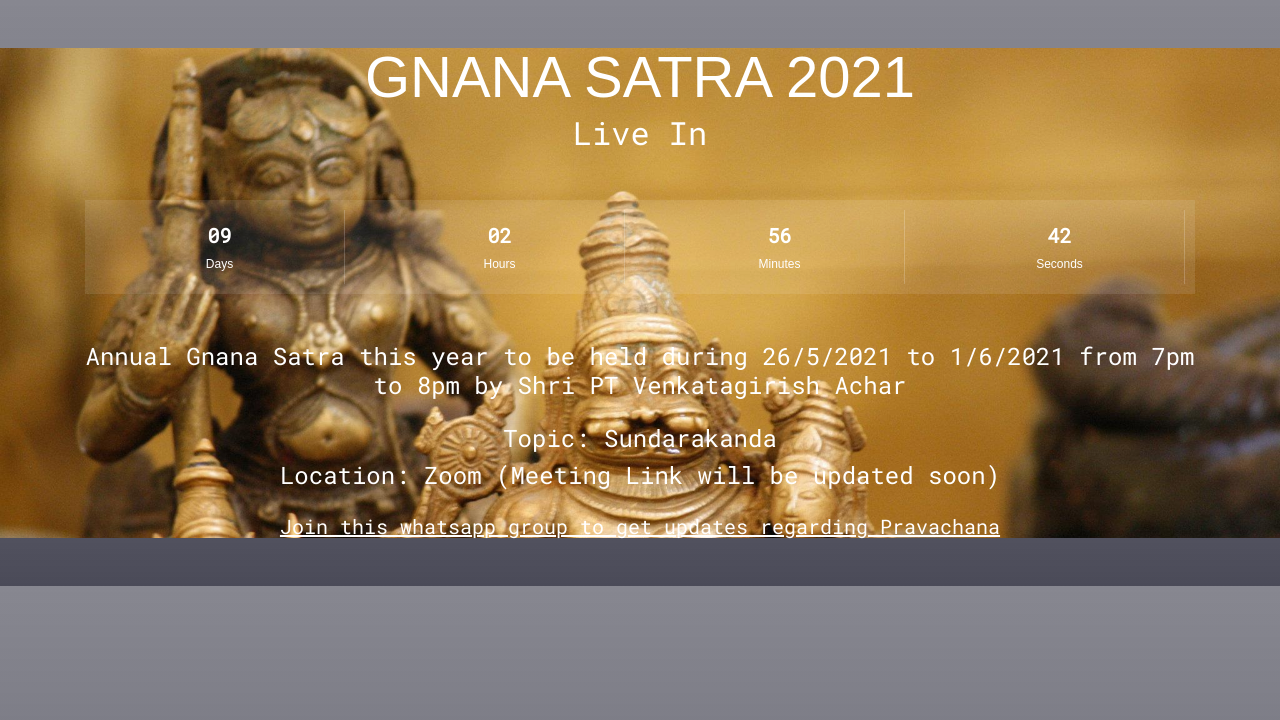
Repository: anirudhbichal/gs
Page: /
These files come from the project's save history. The page is drawn as it stood at one moment and after the next save; the edit follows.
The browser window is 1280 px wide. The pictures show the whole page.
Some web fonts or font styles are not loaded; a fallback is used. The project was rebuilt for these pictures with package versions that can differ from the ones it lists, and the page was loaded fresh each time.

Above is the page before, as saved 2021-05-18 22:32:08.

### public/index.html
<!DOCTYPE html>
<html lang="en">
  <head>
    <meta charset="utf-8" />
    <link rel="icon" href="%PUBLIC_URL%/om_col.svg" />
    <meta name="viewport" content="width=device-width, initial-scale=1" />
    <meta name="theme-color" content="#000000" />
    <meta
      name="description"
      content="Gnana Satra Website Develop"
    />
    <link rel="apple-touch-icon" href="%PUBLIC_URL%/om_col.svg" />
    <!--
      manifest.json provides metadata used when your web app is installed on a
      user's mobile device or desktop. See https://developers.google.com/web/fundamentals/web-app-manifest/
    -->
    <link rel="manifest" href="%PUBLIC_URL%/manifest.json" />
    <!--
      Notice the use of %PUBLIC_URL% in the tags above.
      It will be replaced with the URL of the `public` folder during the build.
      Only files inside the `public` folder can be referenced from the HTML.

      Unlike "/favicon.ico" or "favicon.ico", "%PUBLIC_URL%/favicon.ico" will
      work correctly both with client-side routing and a non-root public URL.
      Learn how to configure a non-root public URL by running `npm run build`.
    -->
    <title>Gnana Satra</title>
  </head>
  <body>
    <noscript>You need to enable JavaScript to run this app.</noscript>
    <div id="root"></div>
    <!--
      This HTML file is a template.
      If you open it directly in the browser, you will see an empty page.

      You can add webfonts, meta tags, or analytics to this file.
      The build step will place the bundled scripts into the <body> tag.

      To begin the development, run `npm start` or `yarn start`.
      To create a production bundle, use `npm run build` or `yarn build`.
    -->
  </body>
</html>

### src/App.js
import 'bootstrap/dist/css/bootstrap.min.css';
import './App.css';
import Container from 'react-bootstrap/Container';
import Timer from "./components/countdown/Timer";

function App() {
  return (
    <div className="App">
      <Container className="my-5">
        <h1>
          Gnana Satra 2021
        </h1>
        <h2 className="mb-5">Live In</h2>
        <Timer />
        <h4 className="mt-5">
          Annual Gnana Satra this year to be held during 26/5/2021 to 1/6/2021 from 7pm to 8pm by Shri PT Venkatagirish Achar
        </h4>
        <h4 className="mt-4">
          Topic: Sundarakanda
        </h4>
        <h4>
          Location: Zoom (Meeting Link will be updated soon)
        </h4>

        <h5 className="mt-4 group-link">
          <a href="https://chat.whatsapp.com/Bpkp3Sle3405H2w5DgFScy" target="_blank">Join this whatsapp group to get updates regarding Pravachana </a>
        </h5>
      </Container>
    </div>
  );
}

export default App;

### src/App.css
@import url("https://fonts.googleapis.com/css?family=Roboto+Mono&display=swap");
@import url('https://fonts.cdnfonts.com/css/samarkan');

body {
  color: #fff;
  font-family: "Roboto Mono", sans-serif;
  margin: 0;
  background: rgb(55, 55, 70);
  background: linear-gradient(
    0deg,
    rgba(55, 55, 70, 0.9) 0%,
    rgba(55, 55, 70, 0.7) 50%,
    rgba(55, 55, 70, 0.6) 100%
  );
  height: 100%;
}

.App {
  background-image: url('gs-bg.jpg');
  background-repeat: no-repeat;
  background-size: cover;
  background-position: top top;
  background-attachment: fixed;
  text-align: center;
}

h1 {
  font-family: 'Samarkan', sans-serif;
  font-size: 58px;
  text-transform: uppercase;
  line-height: 1;
}

.group-link a,.group-link a:hover, .group-link a:visited {
  color: #fff;
  text-decoration: underline;
}

### src/components/countdown/Timer.js
import React, { Component } from "react";
// import moment from 'moment';
import Container from 'react-bootstrap/Container';
import Row from 'react-bootstrap/Row';
import Col from 'react-bootstrap/Col';
import "./Timer.css";

class CountDown extends Component {
  constructor(props) {
    super(props);
    this.count = this.count.bind(this);
    this.state = {
      days: 0,
      minutes: 0,
      hours: 0,
      secounds: 0,
      time_up: ""
    };
    this.x = null;
    this.deadline = null;
  }
  count() {
    var now = new Date().getTime();
    var t = this.deadline - now;
    var dd = Math.floor(t / (1000 * 60 * 60 * 24));
    var hh = Math.floor((t % (1000 * 60 * 60 * 24)) / (1000 * 60 * 60));
    var mm = Math.floor((t % (1000 * 60 * 60)) / (1000 * 60));
    var ss = Math.floor((t % (1000 * 60)) / 1000);

    var days = dd < 10 ? "0" + dd : dd;
    var hours = hh < 10 ? "0" + hh : hh;
    var minutes = mm < 10 ? "0" + mm : mm;
    var seconds = ss < 10 ? "0" + ss : ss;

    this.setState({ days, minutes, hours, seconds });

    if (t < 0) {
      clearInterval(this.x);
      this.setState({
        days: 0,
        minutes: 0,
        hours: 0,
        seconds: 0,
        time_up: "TIME IS UP"
      });
    }
  }
  componentDidMount() {
    this.deadline = new Date("May 26, 2021 19:00:00").getTime();

    this.x = setInterval(this.count, 1000);
  }

  render() {
    const { days, seconds, hours, minutes } = this.state;
    return (
      <Container id="countdown">
        <Row>
            <Col>
                <div className="box">
                    <p id="day">{days}</p>
                    <span className="text">Days</span>
                </div>
            </Col>
            <Col>
                <div className="box">
                    <p id="hour">{hours}</p>
                    <span className="text">Hours</span>
                </div>
            </Col>
            <Col>
                <div className="box">
                    <p id="minute">{minutes}</p>
                    <span className="text">Minutes</span>
                </div>
            </Col>
            <Col>
                <div className="box">
                    <p id="second">{seconds}</p>
                    <span className="text">Seconds</span>
                </div>
            </Col>
        </Row>
      </Container>
    );
  }
}

export default CountDown;

### src/components/countdown/Timer.css
#countdown {
    padding: 10px;
    background-color: rgba(255, 255, 255, 0.1);
    display: inline-block;
    text-align: center;
    margin: auto;
  }
  #countdown .box {
    padding: 10px;
    border-right: solid 1px rgba(255, 255, 255, 0.2);
  }
  #countdown .col-4:last-child .box {
    border-right-color: transparent;
  }
  #countdown .box p {
    font-size: 20px;
    font-weight: bold;
    margin: 0;
  }
  #countdown .box .text {
    font-size: 12px;
    font-family: sans-serif;
  }

Loaded but not shown: src/index.js (common file); src/index.css (common file); src/reportWebVitals.js (common file)

After the next save:
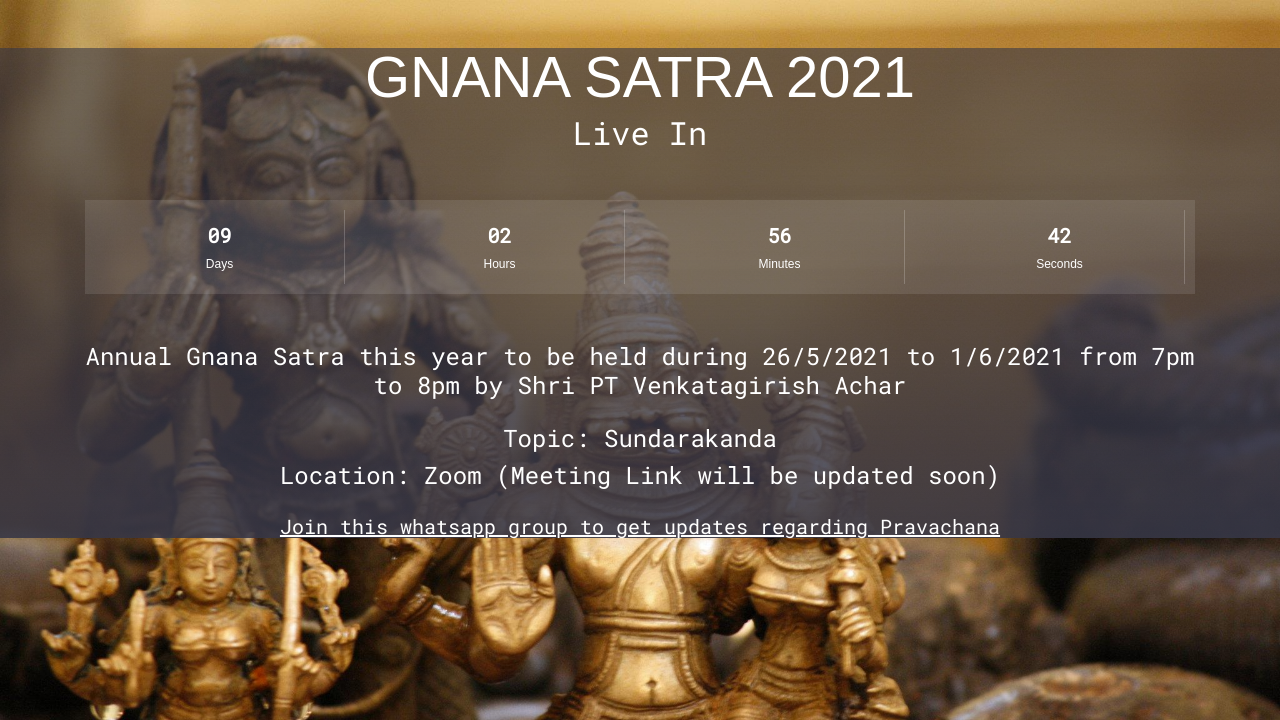
Saved 88 s later.
--- a/src/App.css
+++ b/src/App.css
@@ -4,7 +4,15 @@
 body {
   color: #fff;
   font-family: "Roboto Mono", sans-serif;
-  margin: 0;
+  background-image: url('gs-bg.jpg');
+  background-repeat: no-repeat;
+  background-size: cover;
+  background-position: top top;
+  background-attachment: fixed;
+}
+
+.App {
+  text-align: center;
   background: rgb(55, 55, 70);
   background: linear-gradient(
     0deg,
@@ -12,16 +20,6 @@ body {
     rgba(55, 55, 70, 0.7) 50%,
     rgba(55, 55, 70, 0.6) 100%
   );
-  height: 100%;
-}
-
-.App {
-  background-image: url('gs-bg.jpg');
-  background-repeat: no-repeat;
-  background-size: cover;
-  background-position: top top;
-  background-attachment: fixed;
-  text-align: center;
 }
 
 h1 {
